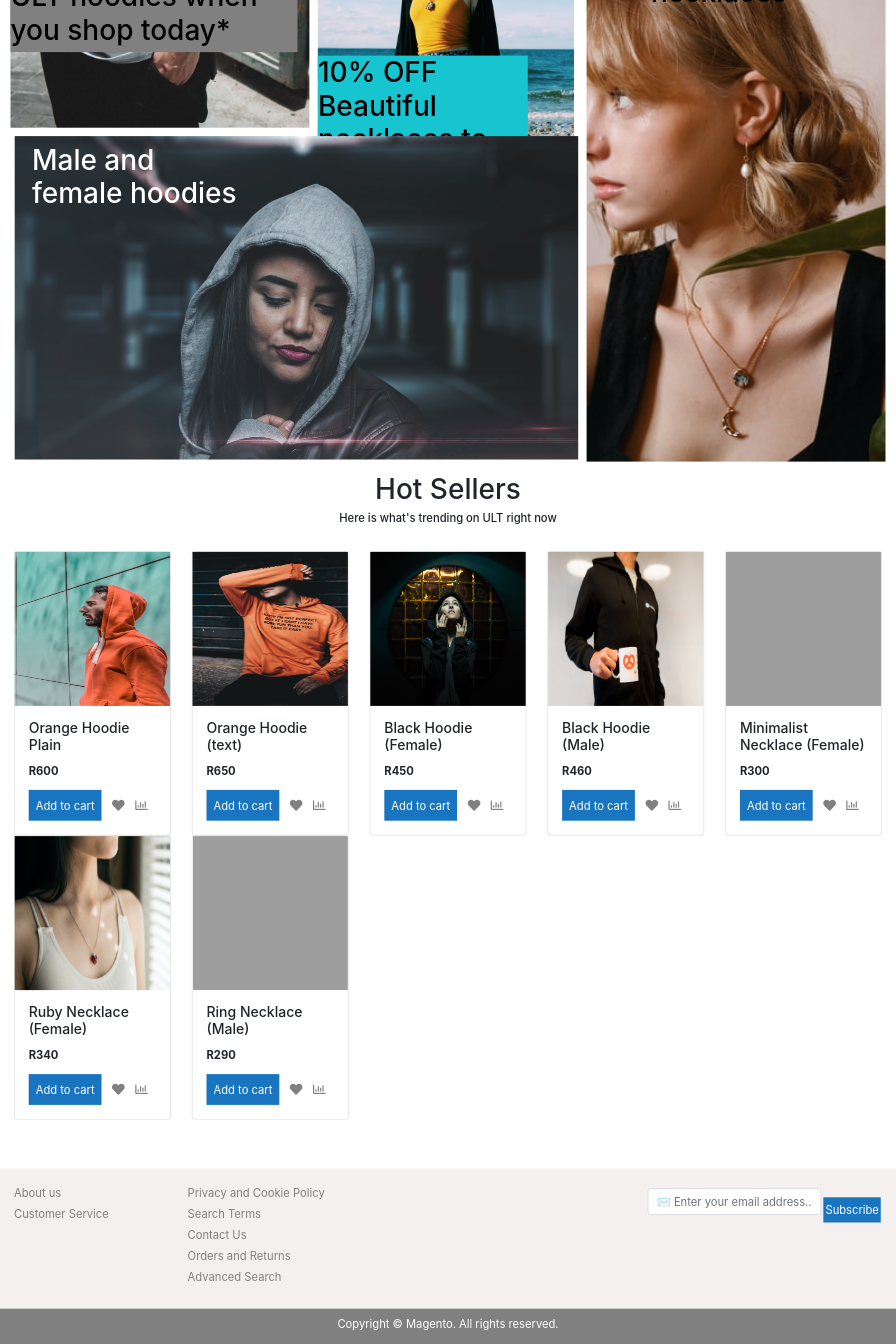
Repository: Ajtheult/Luma-Challenge-Site
Page: /
An editor plug-in stored every save of this project. The page is shown before and after a run of saves, followed by the edit.
The browser window is 1280 px wide. The pictures show the part of the page from y = 1289 to 3209 px (the page is 3209 px tall), at 70% of full size.
Pictures or frames that could not be fetched are drawn as grey boxes. The project was rebuilt for these pictures with package versions that can differ from the ones it lists, and the page was loaded fresh each time.

Above is the page before, as saved 2020-09-01 13:08:51.

After the next 4 saves:
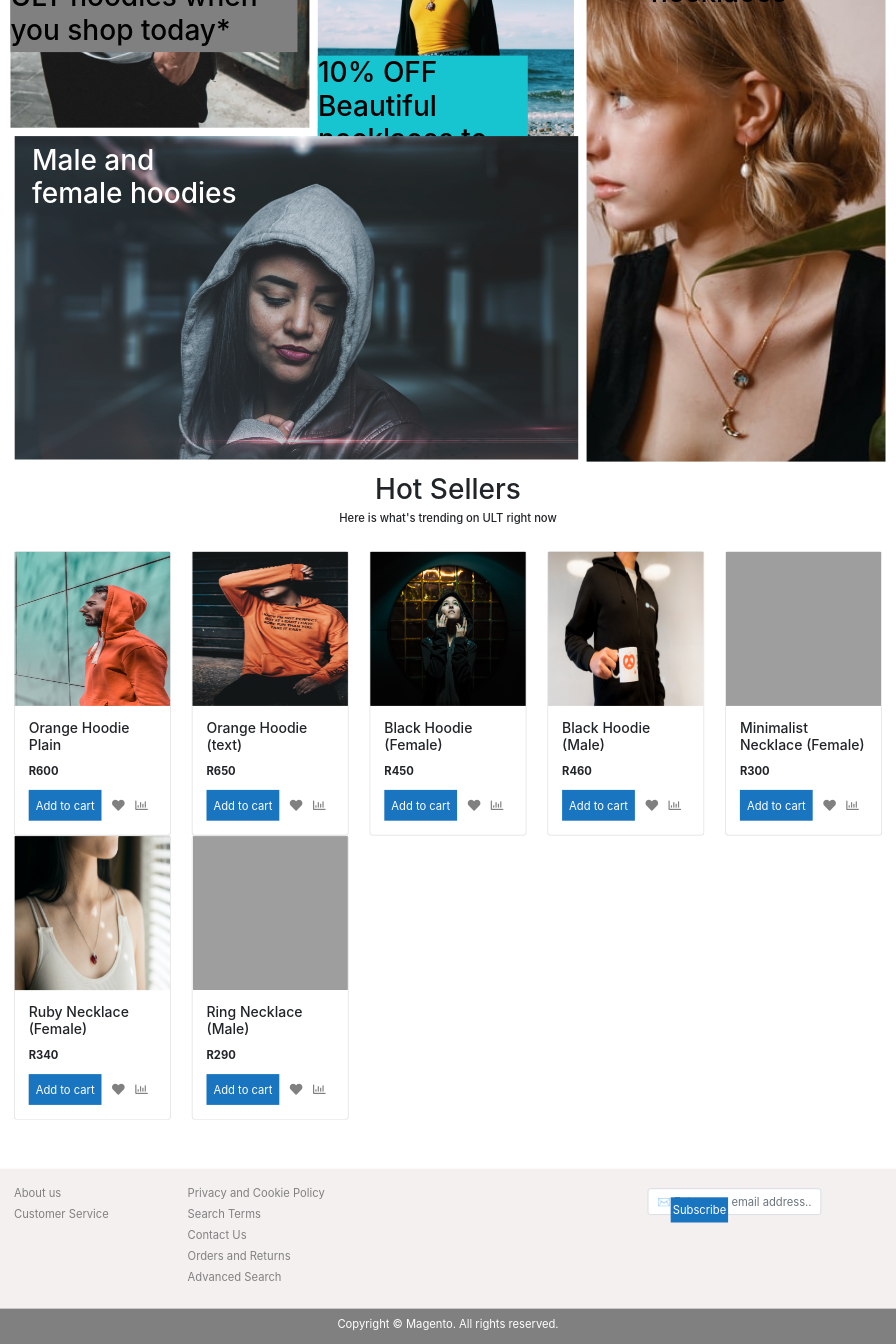
The 4 saves are shown as one change because they came seconds apart.
The last was saved 11 s later.
--- a/src/components/layout/pages/home/HomeFooter.css
+++ b/src/components/layout/pages/home/HomeFooter.css
@@ -46,5 +46,5 @@
   background-color: rgb(26, 117, 192);
   border: none;
   color: white;
-  transform: translate(305%, -70%);
+  transform: translate(40%, -70%);
 }
